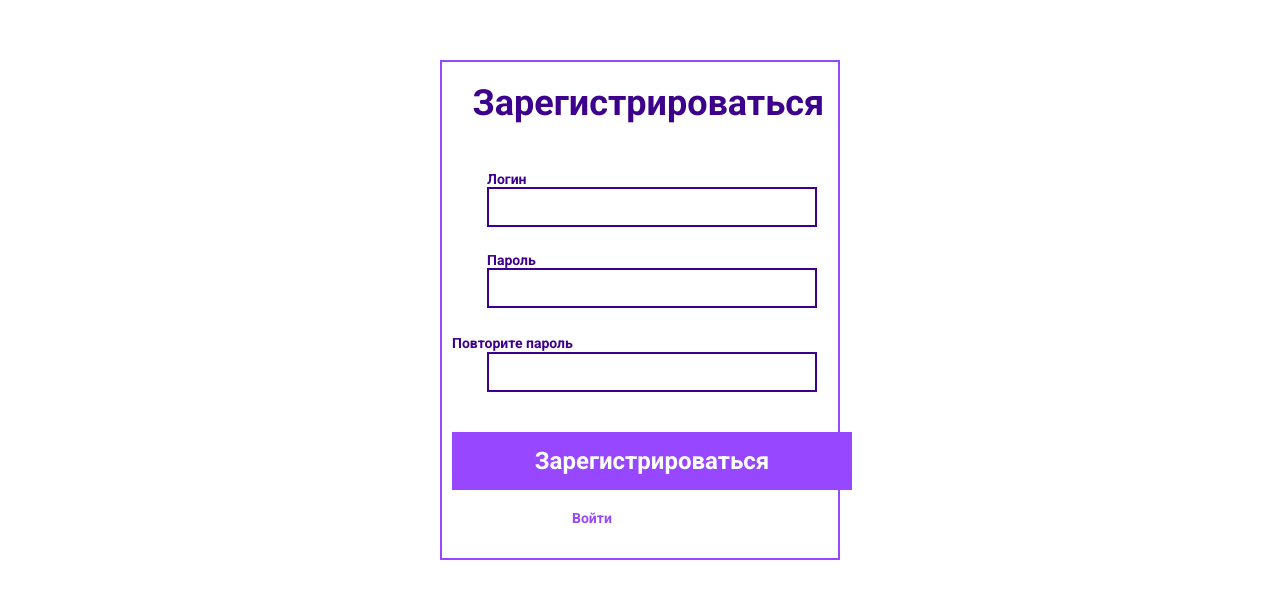
Repository: TimurZinatulin/Web_Shishki_1
Page: /profile
An editor plug-in stored every save of this project. The page is shown before and after the next save, followed by the edit.
The browser window is 1280 px wide. The pictures show the whole page.
The project was rebuilt for these pictures with package versions that can differ from the ones it lists, and the page was loaded fresh each time. Also part of the build but not shown: vite.config.js, vue.config.js, src/views/LoginView.vue, src/components/HelloWorld.vue, src/views/MainView.vue, src/views/HomeView.vue, src/views/EditView.vue, src/views/FavoriteView.vue and 4 more.

Above is the page before, as saved 2023-06-10 23:10:02.
Console error: TypeError: Cannot read properties of null (reading 'user')

### src/main.js
import { createApp } from 'vue'
//import './style.css'
import App from './App.vue'
import router from './router'
import store from './store.js'

createApp(App).use(store).use(router).mount('#app')

### src/App.vue
<template>
  <!-- Проверка доступности пользователя в хранилище; при недоступности - показываем компонент авторизации-->
  <Auth v-if="!store.state.user" />
  <!-- Если пользователь доступен, показываем компонент Hello World -->
  <EmptyLayout v-else msg="Hello Vue 3 + Vite" />
</template>

<script>
import Auth from './components/Auth.vue';
import HelloWorld from './components/HelloWorld.vue';
import HeaderComp from './components/HeaderComp.vue';
import EmptyLayout from './layouts/EmptyLayout.vue';
import MainLayout from './layouts/MainLayout.vue';
import ExtraLayout from './layouts/ExtraLayout.vue';
import RegisterView from './views/RegisterView.vue';

import store from "./store.js";
import { supabase } from "./supabase";

export default {
  computed: {
    layout() {
      return this.$route.meta.layout + '-layout';
    }
  },
  components: {
    HelloWorld, Auth, HeaderComp, EmptyLayout, MainLayout, ExtraLayout, RegisterView
  },
  setup() {
    // сначала проверяем, вошел ли пользователь в систему с помощью Supabase
    store.state.user = supabase.auth.user;
    // затем настраиваем слушатель для обновления хранилища, если меняется пользователь - выходит из системы или входит
    supabase.auth.onAuthStateChange((event, session) => {
      if (event == "SIGNED_OUT") {
        store.state.user = null;
      } else {
        store.state.user = session.user;
      }
    });

    return {
      store,
    };
  },
};
</script>

<style>
/* @import '@/templates/main_page.css'; */
</style>

### src/router/index.js
import { createRouter, createWebHistory } from 'vue-router'
import HomeView from '../views/HomeView.vue'
import MainView from '../views/MainView.vue'
import EditView from '../views/EditView.vue'
import FavoriteView from '../views/FavoriteView.vue'
import MyProjectsView from '../views/MyProjectsView.vue'
import LoginView from '../views/LoginView.vue'
import RegisterView from '../views/RegisterView.vue'
import CreateProjectView from '../views/CreateProjectView.vue'
import ProjectView from '../views/ProjectView.vue'


const routes = [
  {
    path: '/',
    name: 'home',
    component: HomeView
  },
  {
    path: '/main',
    name: 'main',
    meta: {layout: 'main'},
    component: MainView
  },
  {
    path: '/edit',
    name: 'edit',
    meta: {layout: 'extra'},
    component: EditView
  },
  {
    path: '/favs',
    name: 'favs',
    meta: {layout: 'extra'},
    component: FavoriteView
  },
  {
    path: '/my_projects',
    name: 'my',
    meta: {layout: 'extra'},
    component: MyProjectsView
  },
  {
    path: '/login',
    name: 'login',
    meta: {layout: 'empty'},
    component: LoginView
  },
  {
    path: '/register',
    name: 'register',
    meta: {layout: 'empty'},
    component: RegisterView
  },
  {
    path: '/create_project',
    name: 'create_project',
    meta: {layout: 'extra'},
    component: CreateProjectView
  },
  {
    path: '/project',
    name: 'project',
    meta: {layout: 'extra'},
    component: ProjectView
  },
  {
    path: '/profile',
    name: 'profile',
    meta: {layout: 'extra'},
    component: () => import('../views/ProfileView.vue')
  }
]

const router = createRouter({
  history: createWebHistory(import.meta.env.BASE_URL),
  routes
})

export default router

### src/store.js
import { reactive } from "vue";

const store = {
    state: reactive({
        user: {},
    }),
};

export default store

### src/components/Auth.vue
<template>
    <div>
        <register-view v-if="isSignUp" />
        <login-view v-else />
        <button id="reg_btn" @click="isSignUp = !isSignUp">
            {{
                isSignUp
                ? "Войти"
                : "Зарегистрироваться"
            }}
        </button>
    </div>
</template>

<script>
import { ref } from "vue";
import RegisterView from "../views/RegisterView.vue";
import LoginView from "../views/LoginView.vue";

export default {
    components: { RegisterView, LoginView },
    setup() {
        const isSignUp = ref(true);
        return {
            isSignUp,
        };
    },
};
</script>

<style scoped>
</style>

### src/components/HeaderComp.vue
<template>
    <div id="header" class="wrapper">
        <div id="head-cont">
            <li><router-link to="/main" style="position: relative; left: -280px;" href="http://localhost:5173/main"><img id="logo" src="../assets/ShishkiD.png" style="width: 70px; height: 70px;"></router-link></li>
            <input class="input" type="text" placeholder="Найти...">
            <ul style="left: 400px;">
                <li><router-link to="/favs" class="btn2">Избранное</router-link></li>
                <li><router-link to="/my_projects" class="btn2">Мои проекты</router-link></li>
                <li><router-link to="/edit" class="btn2">Редактировать профиль</router-link></li>
                <li><router-link to="/create_project" class="btn2">Новый проект</router-link></li>
                <li><button @click="signOut" class="btn2">Выйти</button></li>
            </ul>
        </div>
    </div>
</template>

<script setup>
import { ref } from "vue";
import { supabase } from "../supabase";

defineProps({
  msg: String,
});

async function signOut() {
  const { error } = await supabase.auth.signOut();
}
</script>

<style>
@import url('https://fonts.googleapis.com/css2?family=Roboto:wght@700&display=swap');
</style>

### src/layouts/EmptyLayout.vue
<template>
    <!-- <div id="header" class="wrapper">
        <div id="head-cont">
            <a style="position: relative; left: -280px;" href="http://localhost:8080/main"><img id="logo" src="../assets/ShishkiD.png" style="width: 70px; height: 70px;"></a>
            <input class="input" type="text" placeholder="Найти...">
            <ul>
                <li><router-link to="/favs" class="btn2">Избранное</router-link></li>
                <li><router-link to="/create_project" class="btn2">Новый проект</router-link></li>
                <li><router-link to="/login" class="link">Войти</router-link></li>
            </ul>
        </div>
    </div> -->
    <HeaderComp />
    <RouterView />
</template>

<script>
import HeaderComp from '@/components/HeaderComp.vue'

export default {
    components: {
        HeaderComp
    }
}
</script>

<style>
@import '@/templates/login.css';
@import '@/templates/main_page.css';
@import '@/templates/reg.css';
</style>

### src/layouts/MainLayout.vue
<template>
    <div id="app1">
        <HeaderComp />
        <div id="article">
            <h1 id="h1">Digital<br>
            portfolio</h1><br>
            <p>Уникальный сервис для<br>размещения своих проектов и<br>наработок</p><br>
            <a href="http://localhost:8080/create_project" class="btn">Создать проект</a>
            <button @click="signOut">Sign Out</button>
            <img id="logo2" src="../assets/chelik.png">
            <h2 id="h2">Популярные проекты</h2>
        </div>
        <div id="projects" style="left: -10px;">
        </div>
    </div>
</template>

<script>
import HeaderComp from '@/components/HeaderComp.vue'
import MainView from '@/views/MainView.vue'


export default {
    components: {
        HeaderComp, MainView
    }
}
</script>

<style>
@import '@/templates/login.css';
@import '@/templates/main_page.css';
@import '@/templates/reg.css';
</style>

### src/layouts/ExtraLayout.vue
<template>
    <HeaderComp />
</template>

<script>
import HeaderComp from '@/components/HeaderComp.vue'

export default {
    components: {
        HeaderComp,
    }
}
</script>

<style>
@import '@/templates/login.css';
@import '@/templates/main_page.css';
@import '@/templates/reg.css';
</style>

### src/views/RegisterView.vue
<template>
    <div id="log_card">
        <h1 id="log_name" style="position: relative; top: -30px; left: -10px;">Зарегистрироваться</h1>
        <form @submit.prevent="handleSignup">
            <p class="p">Логин</p>
            <input class="input1" style="top: -75px;" type="email" v-model="email">
            <p class="p">Пароль</p>
            <input class="input1" style="top: -75px;" type="password" v-model="password">
            <p class="p" style="display:inline; position:relative; left: 0px;">Повторите пароль</p>
            <input class="input1" style="top: -70px;" type="password" v-model="password">
            <button type="submit" id="log_btn" style="width: 400px;">Зарегистрироваться</button>
        </form>
    </div>
</template>

<script>
import { ref } from "vue";
import { supabase } from "../supabase";

export default {
    setup() {
        const email = ref("");
        const password = ref("");

        const handleSignup = async () => {
            try {
                // Задействуем предоставленный Supabase метод для обработки регистрации
                const { error } = await supabase.auth.signUp({
                    email: email.value,
                    password: password.value,
                });
                if (error) throw error;
            } catch (error) {
                alert(error.error_description || error.message);
            }
        };

        return {
            email,
            password,
            handleSignup,
        };
    },
};
</script>

### src/templates/login.css
#log_card{
    box-sizing: border-box;
    display: flex;
    flex-direction: column;
    justify-content: space-between;
    align-items: center;
    padding: 50px 10px;
    gap: 50px;
    width: 400px;
    height: 500px;
    border: 2px solid #9747FF;
    flex: none;
    order: 1;
    flex-grow: 0;
    position: relative;
    top: 60px;
}

#log_name{
    width: 315px;
    height: 49px;
    font-family: 'Roboto';
    font-style: normal;
    font-weight: 600;
    font-size: 36px;
    line-height: 42px;
    text-align: center;
    color: #3D008C;
    flex: none;
    order: 0;
    flex-grow: 0;
}

#log_btn{
    display: flex;
    flex-direction: row;
    justify-content: center;
    align-items: center;
    padding: 10px;
    width: 88px;
    height: 58px;
    background: #9747FF;
    flex: none;
    order: 0;
    flex-grow: 0;
    border: none;
    color: white;
    position: relative;
    bottom: 50px;
    border: 2px solid #9747FF;
    animation: ch-color-1 0.5s forwards;
    font-size: 24px;
}

#log_btn:hover{
    animation: ch-color-2 0.5s forwards;
}

@keyframes ch-color-1 {
    from {
      background-color: white;
      color: #9747FF;
    }
    to {
      background-color: #9747FF;
      color: white;
    }
  }

  @keyframes ch-color-2 {
    from {
      background-color: #9747FF;
      color: white;
    }
    to {
      background-color: white;
      color: #9747FF;
    }
  }

#reg_btn{
    width: 136px;
    height: 16px;
    font-family: 'Roboto';
    font-style: normal;
    font-weight: 400;
    font-size: 14px;
    line-height: 16px;
    display: flex;
    align-items: center;
    text-align: center;
    color: #9747FF;
    flex: none;
    order: 0;
    flex-grow: 0;
    position: relative;
    left: 0px;
    top: 10px;
    border: none;
    background-color: white;
    text-align: center;
}

.p{
    width: 40px;
    height: 16px;
    font-family: 'Roboto';
    font-style: normal;
    font-weight: 600;
    font-size: 14px;
    line-height: 16px;
    display: flex;
    align-items: center;
    color: #3D008C;
    flex: none;
    order: 0;
    flex-grow: 0;
    position: relative;
    top: -70px;
    left: -145px;
    margin-bottom: 5px;
}

### src/templates/main_page.css
* {
  margin: 0 auto;
  padding: 0;
  box-sizing: border-box;
  font-size: 16px;
  font-family: 'Roboto', sans-serif;
  user-select: none;
}

#head-cont{
  max-width: 900px;
  width: 100%;
}

#article{
  width: 1500px;
  position: relative;
}

#header{
  width: 100%;
  height: 80px;
  margin: 0 auto;
  background-color: rgba(151, 71, 255, 1);
  margin-bottom: 15px;
  overflow: hidden;
}

.input{
  width: 500px;
  height: 50px;
  padding: 6px 0 4px 10px;
  border: none;
  background: rgba(206, 168, 255, 1);
  bottom: 20px;
  left: -325px;
  position: relative;
  font-size: 25px;
  padding-left: 25px;
  outline: none;
}

.input::-webkit-input-placeholder {
  color: white;
}

.input::-moz-placeholder {
  color: white;
}

.input1{
  box-sizing: border-box;
  display: flex;
  flex-direction: row;
  align-items: center;
  padding: 11px 10px;
  gap: 10px;
  width: 330px;
  height: 40px;
  border: 2px solid #3D008C;
  flex: none;
  order: 1;
  align-self: stretch;
  flex-grow: 0;
  position: relative;
  top: -20px;
  margin-bottom: 20px;
  outline: none;
}

#logo{
  position: relative;
  top: 5px;
}

#logo2{
  position: relative;
  width: 800px;
  height: 670px;
  left: 385px;
  bottom: 340px;
}

ul {
  list-style: none;
  margin: 0;
  padding-left: 0;
  position: relative;
  left: 710px;
  top: -55px;
}

a {
  text-decoration: none;
  color: white;
}

.link1 {
  display: flex;
  flex-direction: row;
  justify-content: center;
  align-items: center;
  padding: 10px;
  background: #9747FF;
  flex: none;
  order: 0;
  flex-grow: 0;
  left: -275px;
  top: 220px;
  font-family: 'Roboto';
  font-style: normal;
  font-weight: 400;
  font-size: 16px;
}

.link1:hover{
  animation: ch-color-2 0.5s forwards;
}

.link {
  background: none;
  border: 2px solid white;
  color: white;
  padding: 15px 25px;
  animation: ch-color-1 0.5s forwards;
}

.link:hover{
  animation: ch-color-2 0.5s forwards;
}

@keyframes ch-color-1 {
  from {
    background-color: white;
    color: rgba(151, 71, 255, 1);
  }
  to {
    background-color: rgba(151, 71, 255, 1);
    color: white;
  }
}

@keyframes ch-color-2 {
  from {
    background-color: rgba(151, 71, 255, 1);
    color: white;
  }
  to {
    background-color: white;
    color: rgba(151, 71, 255, 1);
  }
}

li {
  display: inline;
  margin-right: 60px;
}

#h1 {
  font-size: 90px;
  position: relative;
  top: 100px;
  left: -450px;
  color: rgba(61, 0, 140, 1);
  width: 500px;
}

p{
  position: relative;
  color: rgba(61, 0, 140, 1);
  left: -445px;
  top: 100px;
  font-size: 32px;
  font-family: 'Roboto';
  font-style: normal;
  font-weight: 500;
  line-height: 38px;
  width: 500px;
}

.btn{
  position: relative;
  bottom: 500px;
  left: 55px;
  background: linear-gradient(rgba(255, 104, 86, 1), rgba(151, 71, 255, 1));
  color: white;
  font-size: 32px;
  font-style: normal;
  font-weight: 700;
  border: 3px solid linear-gradient(rgba(255, 104, 86, 1), rgba(151, 71, 255, 1));
  width: 315px;
  height: 90px;
  padding: 26px 37px;
}

#h2{
  position: absolute;
  top: 740px;
  left: 510px;
  color: rgba(61, 0, 140, 1);
  font-size: 48px;
}

#projects{
  justify-content: center;
  align-items: center;
  align-self: center;
  padding: 30px 90px;
  position: absolute;
  width: 1529px;
  height: 100%;
  background: linear-gradient(180deg, #3D008C 0%, #14002F 100%);
  flex: none;
  order: 3;
  flex-grow: 0;
  margin-top: -200px;
}

#content{
  display: flex;
  flex-direction: row;
  justify-content: center;
  align-items: center;
  padding: 30px 90px;
  gap: 90px;
  width: 1420px;
  height: 240px;
  flex: none;
  order: 0;
  flex-grow: 0;
}

.block{
  display: flex;
  flex-direction: column;
  align-items: center;
  padding: 10px;
  gap: 10px;
  position: absolute;
  width: 359px;
  height: 470px;
  background: linear-gradient(148.66deg, #FF6856 0%, #6F00FF 100%);
  border-radius: 30px;
  top: 70px;
}

.pic{
  position: relative;
  top: 20px;
  width: 340px;
  height: 310px;
  border-radius: 20px;
}

h3{
  color: white;
  font-size: 32px;
  position: relative;
  top: 10px;
}

.text{
  color: white;
  position: relative;
  top: 20px;
  text-align: center;
}

.like{
  display: flex;
  flex-direction: row;
  justify-content: center;
  align-items: center;
  padding: 10px 15px;
  gap: 10px;
  position: absolute;
  width: 117px;
  height: 38px;
  left: 20.5px;
  top: 100px;
  background: #FF6856;
  border-radius: 30px;
  color: white;
  overflow-y: hidden;
}

.pic2{
  width: 22px;
  height: 22px;
  transform: matrix(-1, 0, 0, 1, 0, 0);
  flex: none;
  order: 0;
  flex-grow: 0;
}

textarea{
  box-sizing: border-box;
  display: flex;
  width: 330px;
  height: 100px;
  gap: 10px;
  border: 2px solid #3D008C;
  flex: none;
  order: 1;
  flex-grow: 0;
  position: relative;
  top: 100px;
  resize: none;
}

#photo{
  width: 100px;
  height: 100px;
  border: 3px solid #3D008C;
  flex: none;
  order: 0;
  flex-grow: 0;
  border-radius: 100%;
  position: relative;
}

#photo1{
  width: 340px;
  height: 340px;
  border: 3px solid #9747FF;
  border-radius: 30px;
  flex: none;
  order: 0;
  flex-grow: 0;
}

#chphoto{
  display: flex;
  flex-direction: row;
  justify-content: center;
  align-items: center;
  padding: 10px 0px;
  gap: 26px;
  width: 331px;
  height: 120px;
  flex: none;
  order: 1;
  flex-grow: 0;
  position: relative;
  top: -535px;
}

#p{
  font-family: 'Roboto';
  font-style: normal;
  font-weight: 600;
  font-size: 14px;
  line-height: 16px;
  display: flex;
  align-items: center;
  color: #FFFFFF;
  position: relative;
  top: -50px;
  left: 135px;
}

#p1{
  font-family: 'Roboto';
  font-style: normal;
  font-weight: 600;
  font-size: 14px;
  line-height: 16px;
  display: flex;
  align-items: center;
  color: #FFFFFF;
  position: relative;
  top: -100px;
  left: 135px;
}

#p2{
  font-family: 'Roboto';
  font-style: normal;
  font-weight: 600;
  font-size: 16px;
  line-height: 19px;
  text-align: center;
  color: #FFFFFF;
  position: relative;
  top: 200px;
}

.btn2{
  padding: 20px 10px;
}

.btn2:hover{
  animation: ch-color-2 0.5s forwards;
}

### src/templates/reg.css
form{
    position: relative;
    top: 30px;
}

Loaded but not shown: index.html (common file); src/supabase.js (common file)

After the next save:
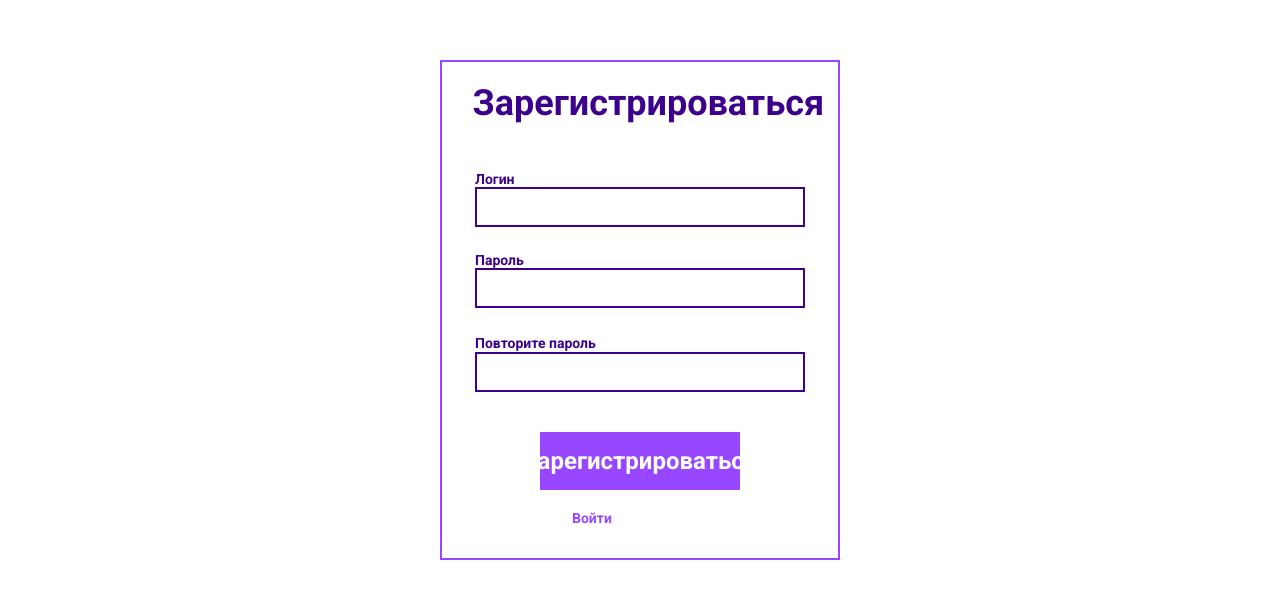
Saved 11 s later.
--- a/src/views/RegisterView.vue
+++ b/src/views/RegisterView.vue
@@ -8,7 +8,7 @@
             <input class="input1" style="top: -75px;" type="password" v-model="password">
             <p class="p" style="display:inline; position:relative; left: 0px;">Повторите пароль</p>
             <input class="input1" style="top: -70px;" type="password" v-model="password">
-            <button type="submit" id="log_btn" style="width: 400px;">Зарегистрироваться</button>
+            <button type="submit" id="log_btn" style="width: 200px;">Зарегистрироваться</button>
         </form>
     </div>
 </template>
